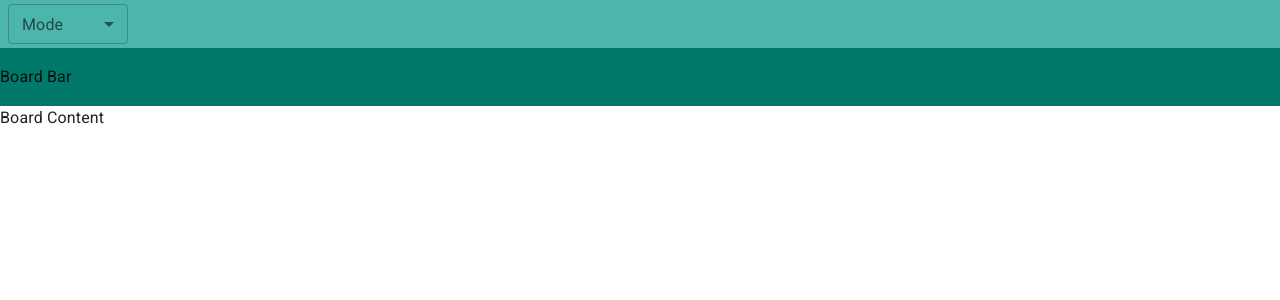
Repository: VoPhamKhanhTruong/trello-web
Page: /
The author's editor kept a copy of each file at every save. The page is drawn from the files as they stood at one save, then again after the next save.
The browser window is 1280 px wide. The pictures show the whole page.
The project was rebuilt for these pictures with package versions that can differ from the ones it lists, and the page was loaded fresh each time. Also part of the build but not shown: vite.config.js.

Above is the page before, as saved 2024-08-07 17:32:05.

After the next save:
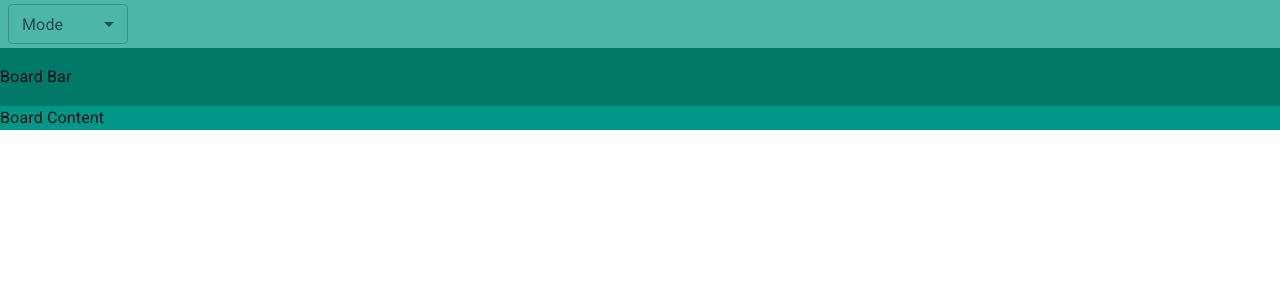
Saved 23 s later.
--- a/src/App.jsx
+++ b/src/App.jsx
@@ -78,7 +78,7 @@ function App() {
         Board Bar
       </Box>
       <Box sx={{
-
+        backgroundColor: 'primary.main'
       }}>
         Board Content
       </Box>
